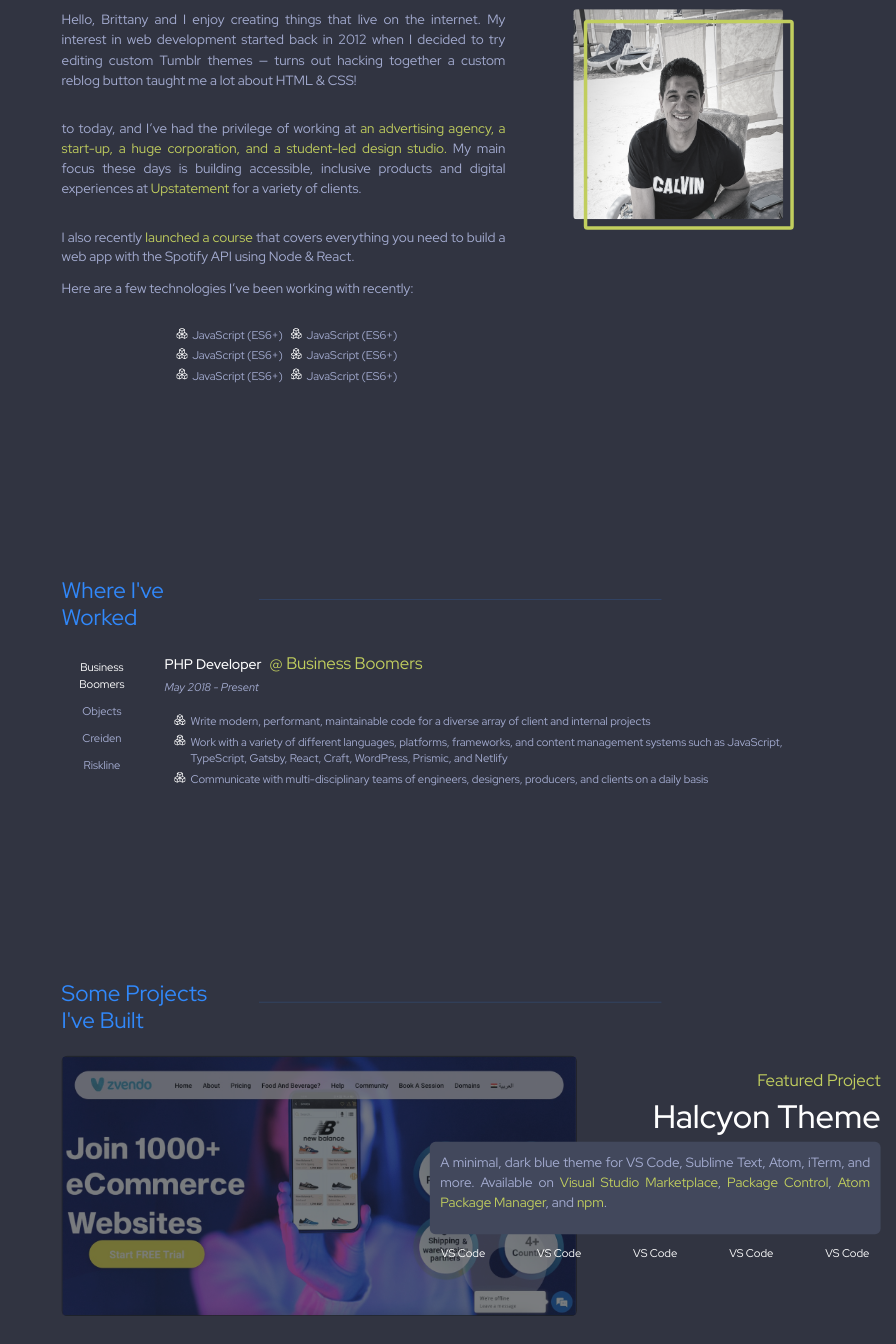
Repository: aya7abbal/Talaat-s-Portfolio
Page: index.html
An editor plug-in stored every save of this project. The page is shown before and after the next save, followed by the edit.
The browser window is 1280 px wide. The pictures show the part of the page from y = 943 to 2863 px (the page is 2863 px tall), at 70% of full size.
Some web libraries are served in a nearby version. The style sheet was rebuilt from its Sass, Less or Tailwind sources for each picture, by a compiler version that may differ from the author's.

Above is the page before, as saved 2022-02-08 12:25:26.

After the next save:
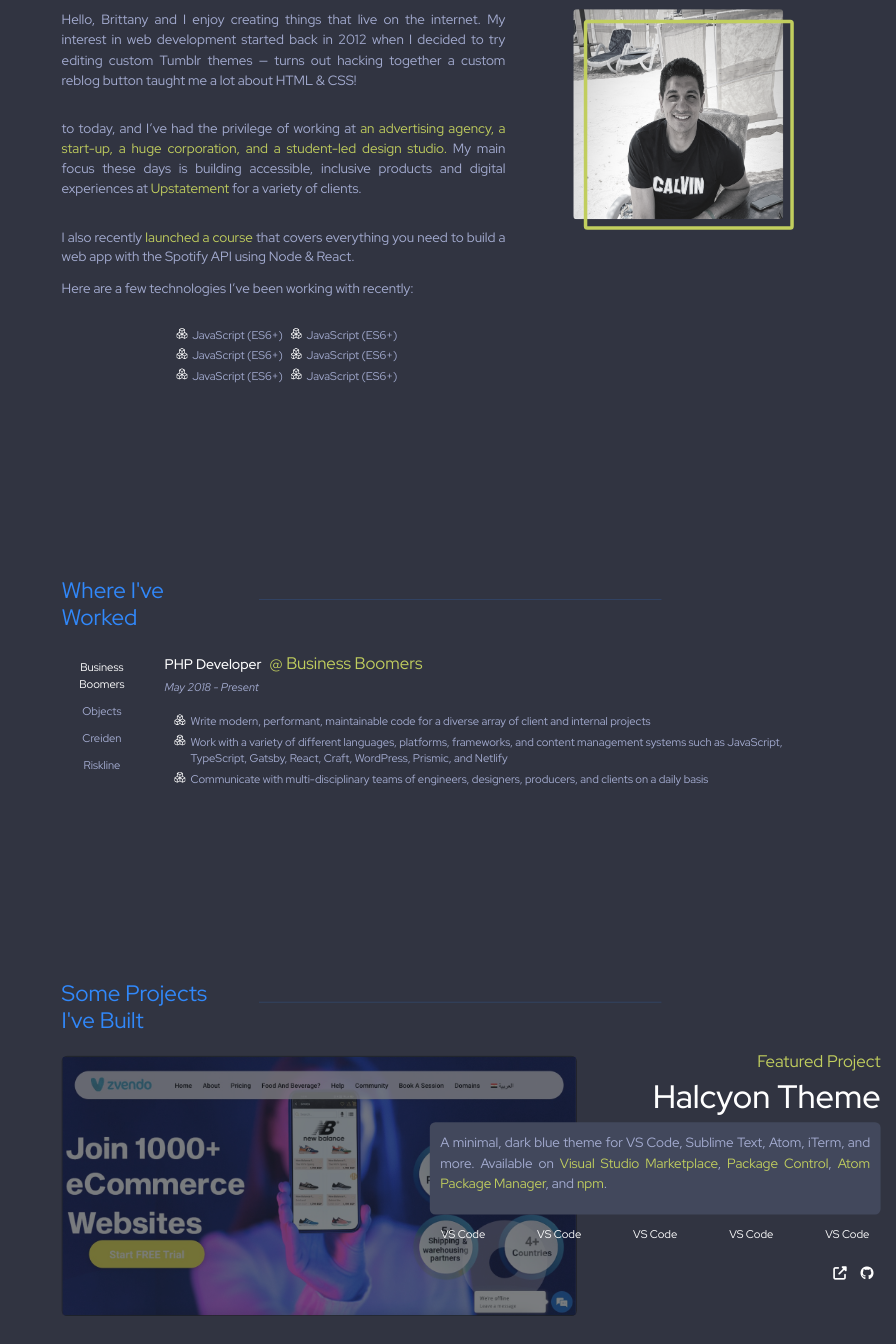
Saved 59 s later.
--- a/index.html
+++ b/index.html
@@ -484,6 +484,12 @@
             <span>VS Code</span>
             <span>VS Code</span>
           </div>
+          <div class="d-flex justify-content-end project-link py-2">
+            <a href="">                  <i class="fas fa-external-link-alt"></i>
+            </a><a href="">                  <i class="fab fa-github"></i>
+            </a>
+
+                            </div>
          </div>
         </div>
       </div>
